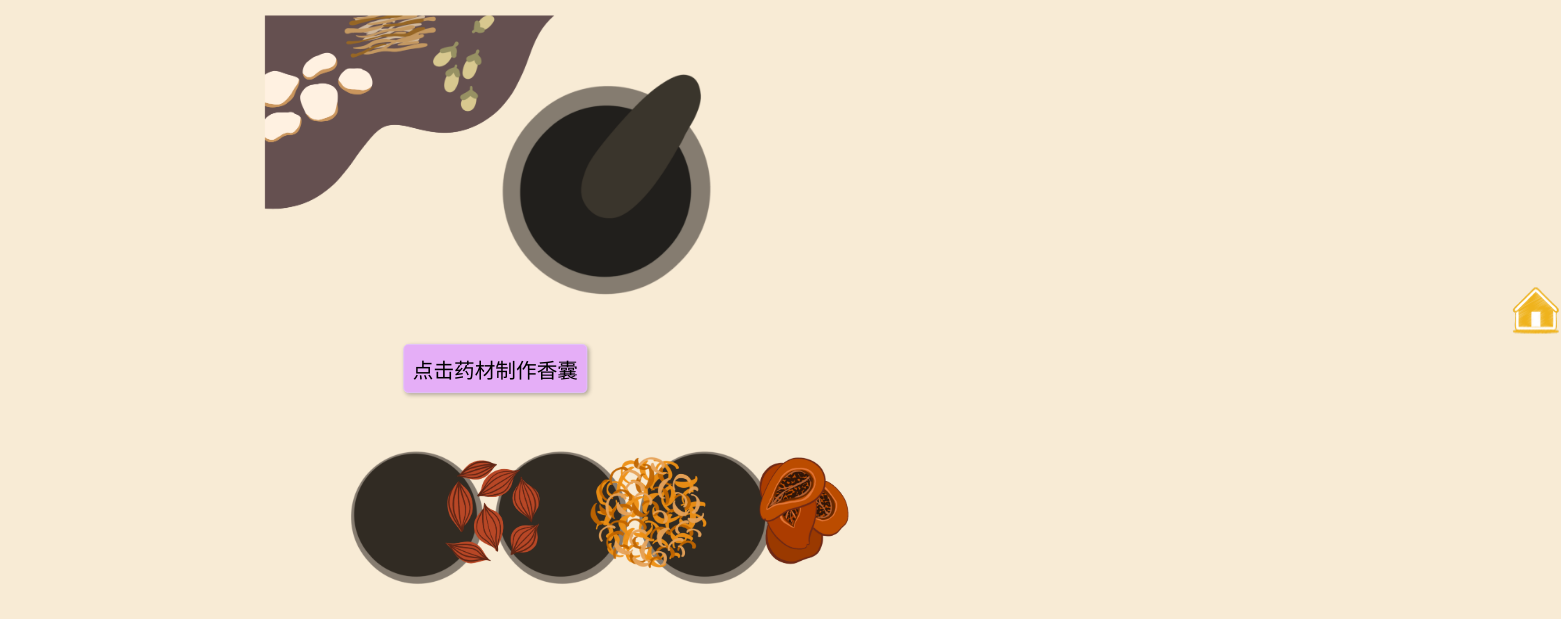
Repository: chjyume/zhongyi
Page: xiangnang.html
These files come from the project's save history. The page is drawn as it stood at one moment and after the next save; the edit follows.
The browser window is 1280 px wide. The page is 1815 px wide, then 1419 px, so the pictures cover 1815 px, including what lies to the right of the window. The pictures show the whole page, at 86% of full size.

Above is the page before, as saved 2023-09-15 00:21:29.

After the next save:
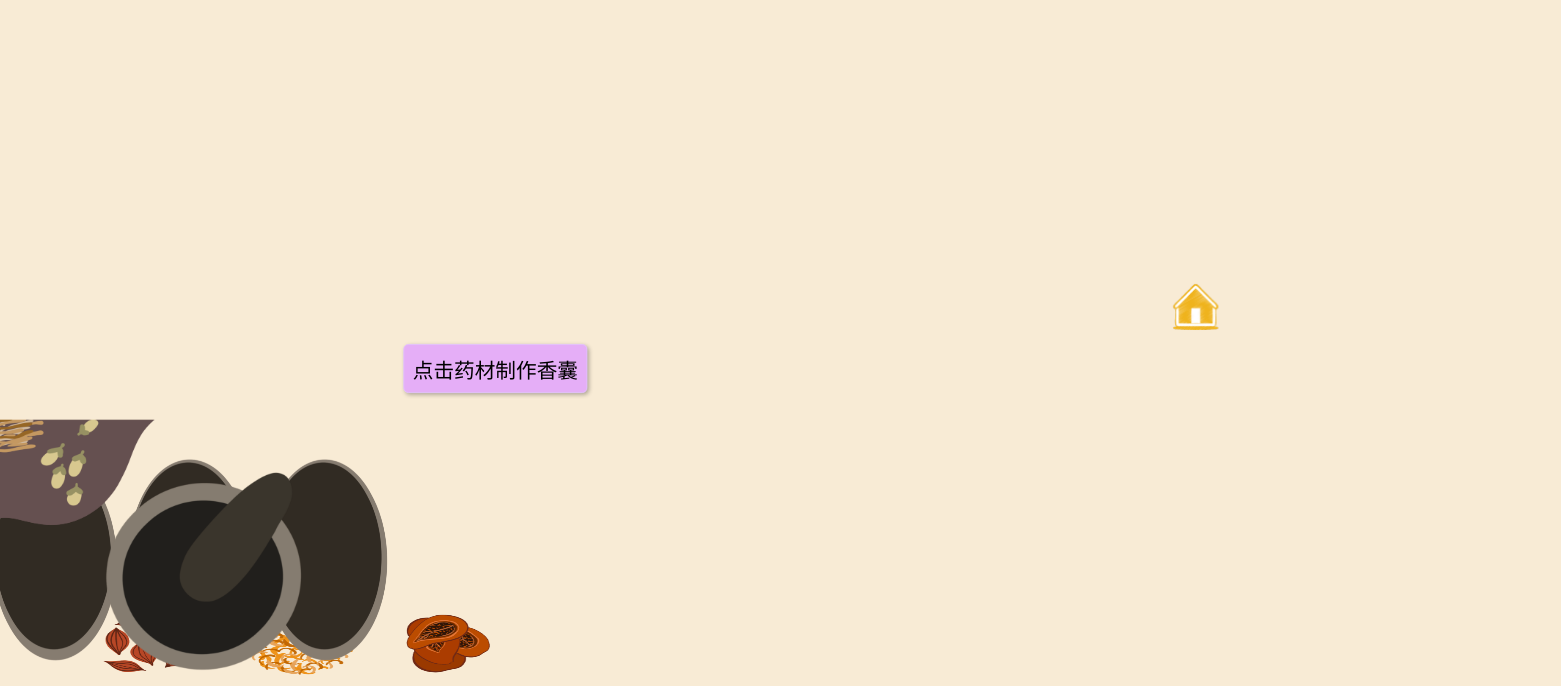
Saved 2 min 0 s later.
--- a/xiangnang.html
+++ b/xiangnang.html
@@ -132,24 +132,25 @@
   <button class="return-button">
     <img src="img/return.png" alt="返回" class="return-image" onclick="window.location.href='shouye.html'">
   </button>
-
-  <img id="yao1" src="img/yao1.png">
-  <img id="yao2" src="img/yao2.png">
-  <img id="yao3" src="img/yao3.png">
-  <img id="wan" src="img/kongwan.png">
-  <img id="wan2" class="kongwan" src="img/kongwan2.png">
-  <div id="tip">点击药材制作香囊</div>
-
-  <div id="imageContainer"></div>
-
-  <div class="btn" onclick="toggleImage()" style="display:none;">
-    <div class="btn-wrapper">
-      <svg height="45" width="150" xmlns="#">
-        <rect id="button" height="45" width="150"></rect>
-      </svg>
-      <div id="text"> <a>生成香囊</a> </div>
+  <div><img id="yao1" src="img/yao1.png">
+    <img id="yao2" src="img/yao2.png">
+    <img id="yao3" src="img/yao3.png">
+    <img id="wan" src="img/kongwan.png">
+    <img id="wan2" class="kongwan" src="img/kongwan2.png">
+    <div id="tip">点击药材制作香囊</div>
+
+    <div id="imageContainer"></div>
+
+    <div class="btn" onclick="toggleImage()" style="display:none;">
+      <div class="btn-wrapper">
+        <svg height="45" width="150" xmlns="#">
+          <rect id="button" height="45" width="150"></rect>
+        </svg>
+        <div id="text"> <a>生成香囊</a> </div>
+      </div>
     </div>
   </div>
+
 
   <script>
     var yao1 = document.getElementById("yao1");
